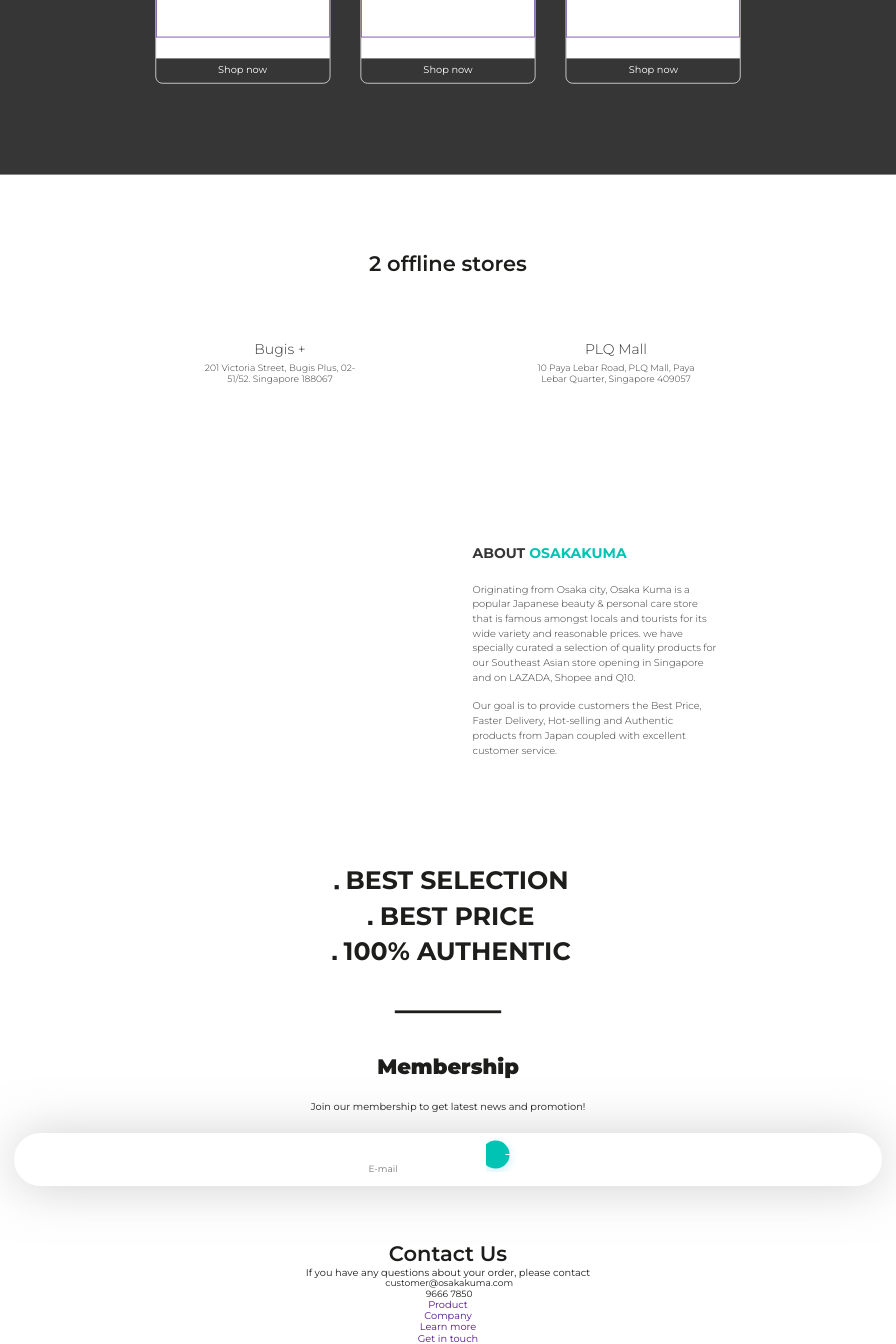
Repository: wendylw/osakakuma-landing
Page: index.html
These files come from the project's save history. The page is drawn as it stood at one moment and after the next save; the edit follows.
The browser window is 1280 px wide. The pictures show the part of the page from y = 1279 to 3199 px (the page is 3199 px tall), at 70% of full size.
The style sheet was rebuilt from its Sass, Less or Tailwind sources for each picture, by a compiler version that may differ from the author's.

Above is the page before, as saved 2021-03-04 03:47:26.

After the next save:
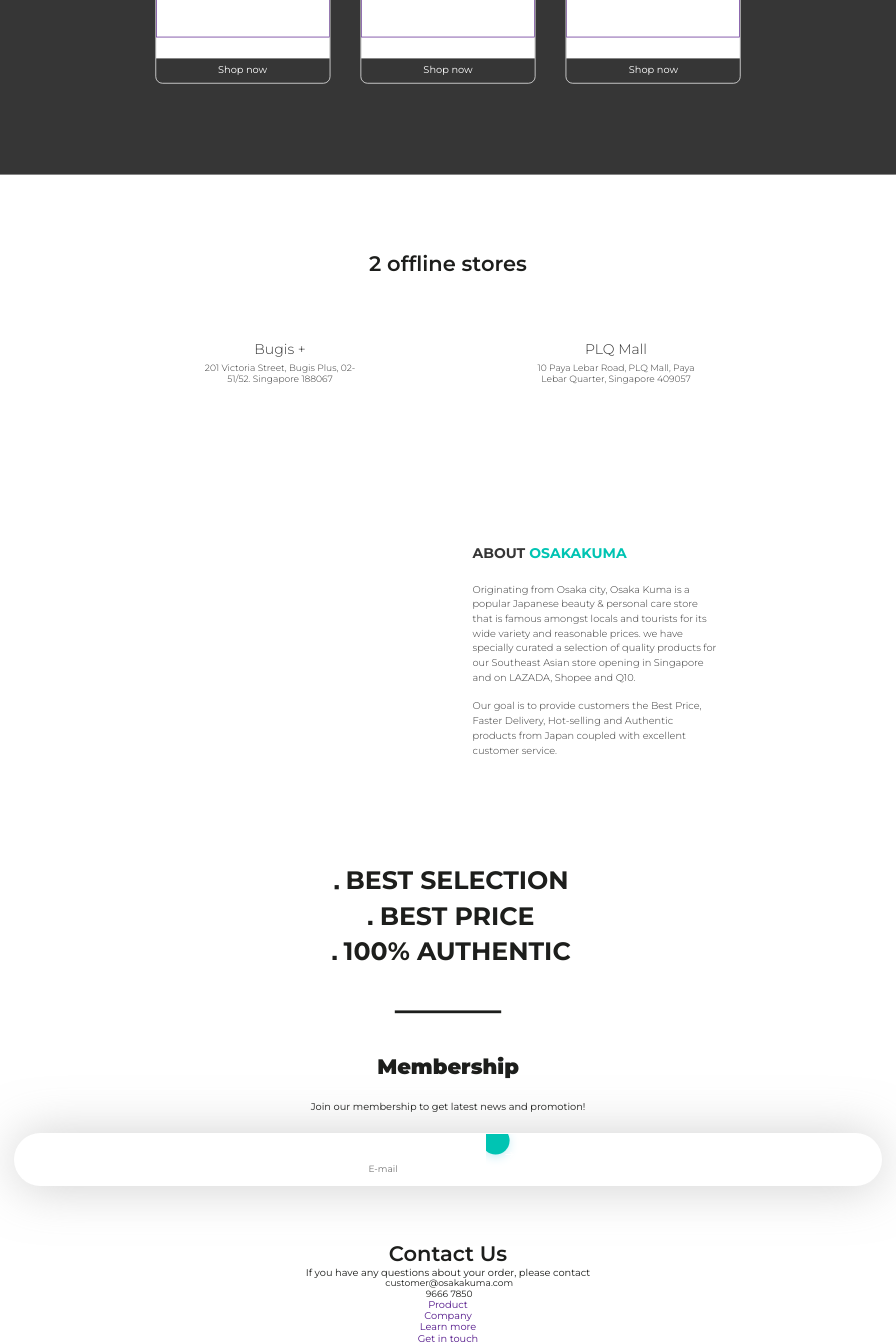
Saved 4 s later.
--- a/img/icon-contact-us.svg
+++ b/img/icon-contact-us.svg
@@ -4,7 +4,7 @@
     <title>arrow</title>
     <desc>Created with Sketch.</desc>
     <defs>
-        <circle id="path-1" cx="0" cy="20.9247177" r="20"></circle>
+        <circle id="path-1" cx="0" cy="0.9247177" r="20"></circle>
         <filter x="-57.5%" y="-47.5%" width="215.0%" height="215.0%" filterUnits="objectBoundingBox" id="filter-2">
             <feOffset dx="0" dy="4" in="SourceAlpha" result="shadowOffsetOuter1"></feOffset>
             <feGaussianBlur stdDeviation="7" in="shadowOffsetOuter1" result="shadowBlurOuter1"></feGaussianBlur>
